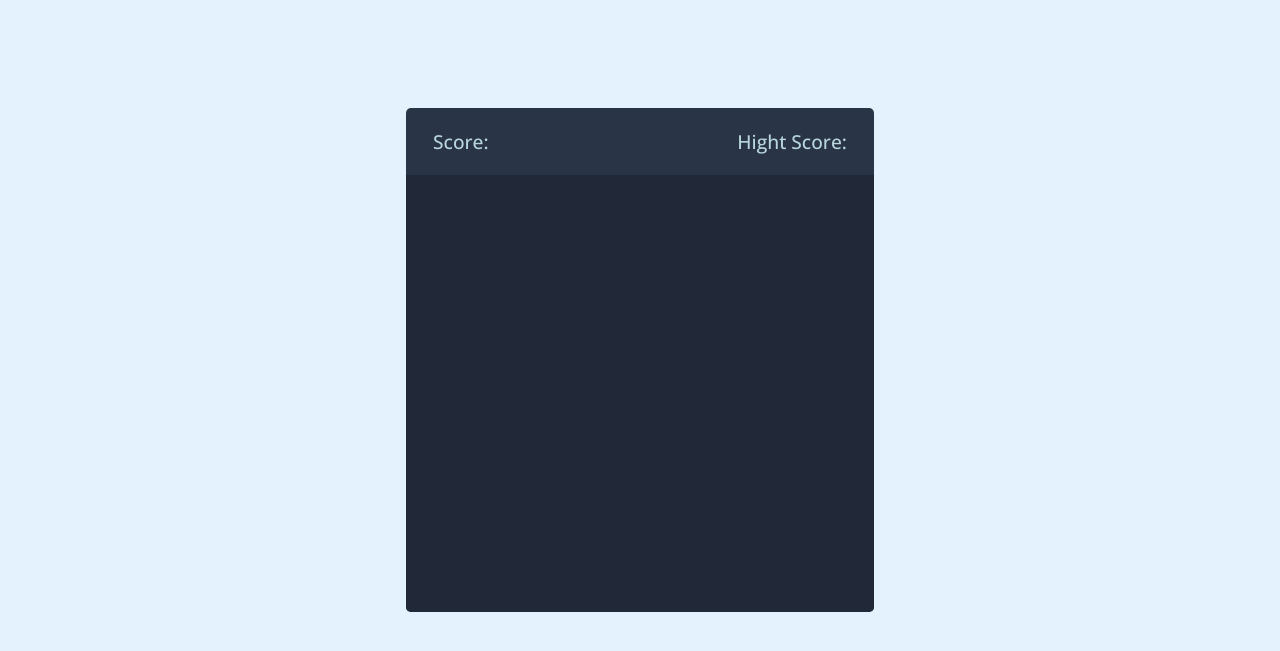
Repository: litaiqiang1407/JS
Page: Snake Game/index.html
An editor plug-in stored every save of this project. The page is shown before and after the next save, followed by the edit.
The browser window is 1280 px wide. The pictures show the whole page.

Above is the page before, as saved 2023-05-16 19:27:50.
Console error: TypeError: Assignment to constant variable.

### Snake Game/index.html
<!DOCTYPE html>
<html lang="en">
  <head>
    <meta charset="UTF-8" />
    <meta http-equiv="X-UA-Compatible" content="IE=edge" />
    <meta name="viewport" content="width=device-width, initial-scale=1.0" />
    <title>Snake Game</title>
    <link rel="stylesheet" href="style.css" />
  </head>
  <body>
    <div class="wrapper">
      <div class="game-details">
        <span class="score">Score: </span>
        <span class="hight-core">Hight Score: </span>
      </div>
      <div class="play-board"></div>
    </div>
    <script src="./script.js"></script>
  </body>
</html>

### Snake Game/style.css
@import url("https://fonts.googleapis.com/css2?family=Open+Sans:wght@400;500;600;700&display=swap");

* {
  margin: 0;
  padding: 0;
  box-sizing: border-box;
  font-family: "Open Sans", sans-serif;
}

body {
  display: flex;
  justify-content: center;
  align-items: center;
  min-height: 100vh;
  background: #e3f2fd;
}

.wrapper {
  width: 65vmin;
  height: 70vmin;
  display: flex;
  flex-direction: column;
  overflow: hidden;
  border-radius: 5px;
  background: #293447;
}
.game-details {
  color: #b8d6dc;
  font-size: 1.2rem;
  font-weight: 500;
  padding: 20px 27px;
  display: flex;
  justify-content: space-between;
}

.play-board {
  height: 100%;
  width: 100%;
  display: grid;
  grid-template: repeat(30, 1fr) / repeat(30, 1fr);
  background: #212837;
}

.play-board .food {
  background: #ff003d;
}

.play-board .snake {
  background: #60cbff;
}

### Snake Game/script.js
const playBoard = document.querySelector(".play-board");

let foodX, foodY;
let snakeX = 15,
  snakeY = 15;

const changeFoodPosition = () => {
  foodX = Math.floor(Math.random() * 30) + 1;
  foodY = Math.floor(Math.random() * 30) + 1;
};

function initGame() {
  const htmlMarkup = `<div class="food" style="grid-area: ${foodY} / ${foodX}"></div>`;
  htmlMarkup += `<div class="snake" style="grid-area: ${snakeY} / ${snakeX}"></div>`;
  playBoard.innerHTML = htmlMarkup;
}

changeFoodPosition();
initGame();

After the next save:
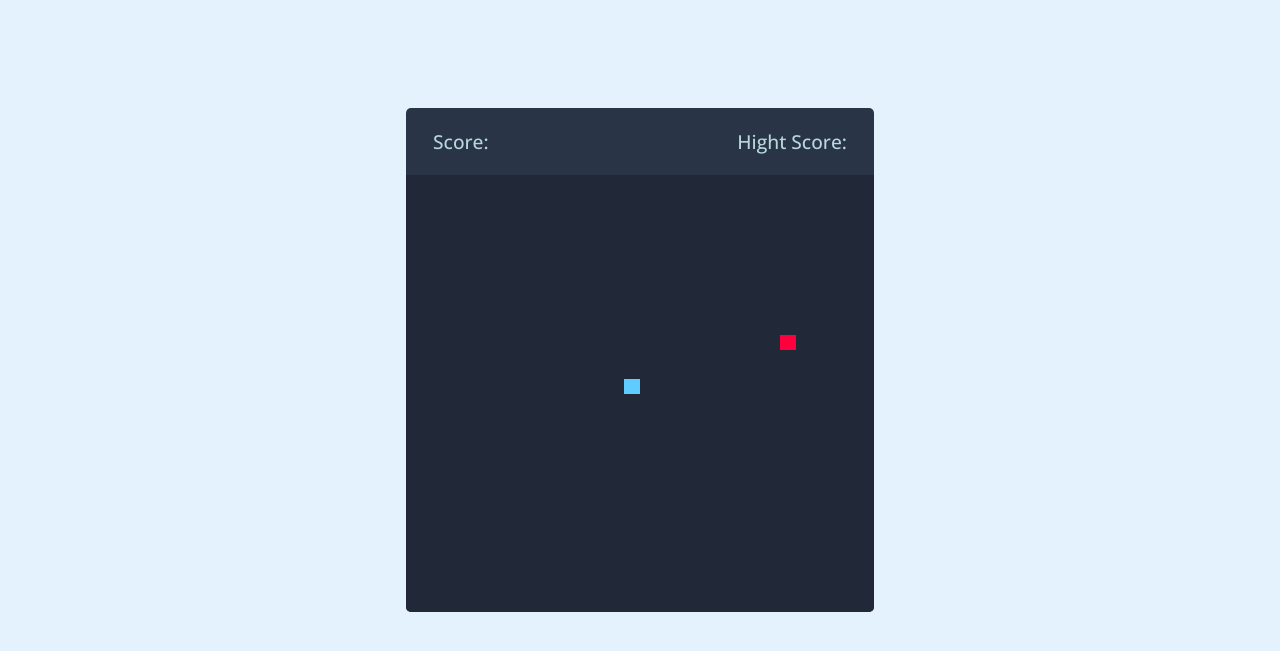
The error is gone.
Saved 28 s later.
--- a/Snake Game/script.js
+++ b/Snake Game/script.js
@@ -10,7 +10,7 @@ const changeFoodPosition = () => {
 };
 
 function initGame() {
-  const htmlMarkup = `<div class="food" style="grid-area: ${foodY} / ${foodX}"></div>`;
+  let htmlMarkup = `<div class="food" style="grid-area: ${foodY} / ${foodX}"></div>`;
   htmlMarkup += `<div class="snake" style="grid-area: ${snakeY} / ${snakeX}"></div>`;
   playBoard.innerHTML = htmlMarkup;
 }
